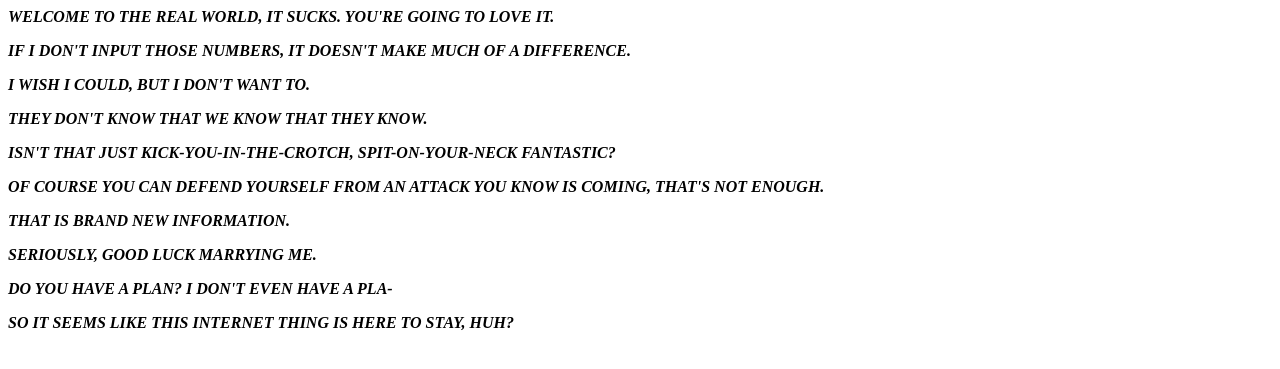
Repository: zhanj122/zhanj122.github.io
Page: composition/index1.html
The author's editor kept a record of every edit. The page is drawn from the files as they stood at one moment, then again after the next edit.
The browser window is 1280 px wide. The pictures show the whole page.

Above is the page before.

### composition/index1.html
<html>

  <color=#F0F8FF></color>

  <p><i><strong>WELCOME TO THE REAL WORLD, IT SUCKS. YOU'RE GOING TO LOVE IT.</strong></i></p>

  <p><i><strong>IF I DON'T INPUT THOSE NUMBERS, IT DOESN'T MAKE MUCH OF A DIFFERENCE.</strong></i></p>

  <p><i><strong>I WISH I COULD, BUT I DON'T WANT TO.</strong></i></p>

  <p><i><strong>THEY DON'T KNOW THAT WE KNOW THAT THEY KNOW.</strong></i></p>

  <p><i><strong>ISN'T THAT JUST KICK-YOU-IN-THE-CROTCH, SPIT-ON-YOUR-NECK FANTASTIC?</strong></i></p>

  <p><i><strong>OF COURSE YOU CAN DEFEND YOURSELF FROM AN ATTACK YOU KNOW IS COMING, THAT'S NOT ENOUGH.</strong></i></p>

  <p><i><strong>THAT IS BRAND NEW INFORMATION.</strong></i></p>

  <p><i><strong>SERIOUSLY, GOOD LUCK MARRYING ME.</strong></i></p>

  <p><i><strong>DO YOU HAVE A PLAN? I DON'T EVEN HAVE A PLA-</strong></i></p>

  <p><i><strong>SO IT SEEMS LIKE THIS INTERNET THING IS HERE TO STAY, HUH?</strong></i></p>

</html>

After the next edit:
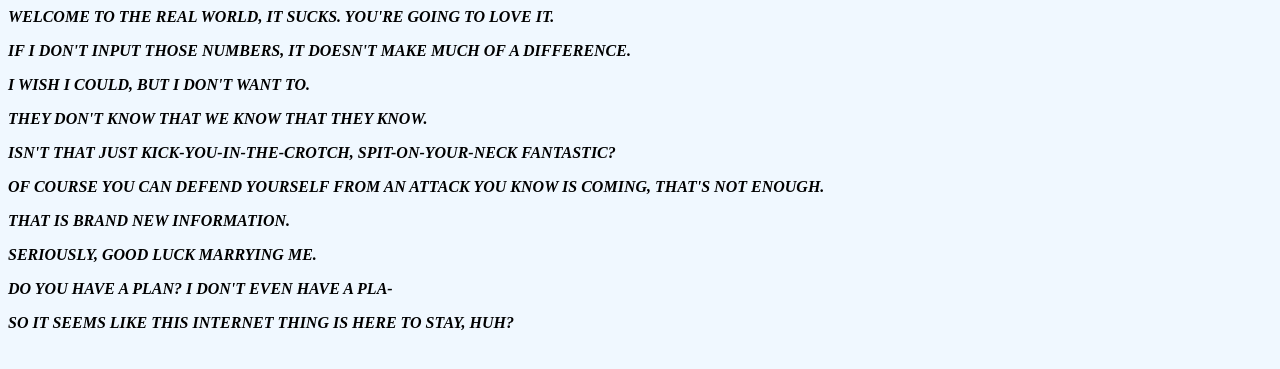
The edit:
--- a/composition/index1.html
+++ b/composition/index1.html
@@ -1,6 +1,6 @@
 <html>
 
-  <color=#F0F8FF></color>
+  <body bgcolor="#F0F8FF">
 
   <p><i><strong>WELCOME TO THE REAL WORLD, IT SUCKS. YOU'RE GOING TO LOVE IT.</strong></i></p>
 
